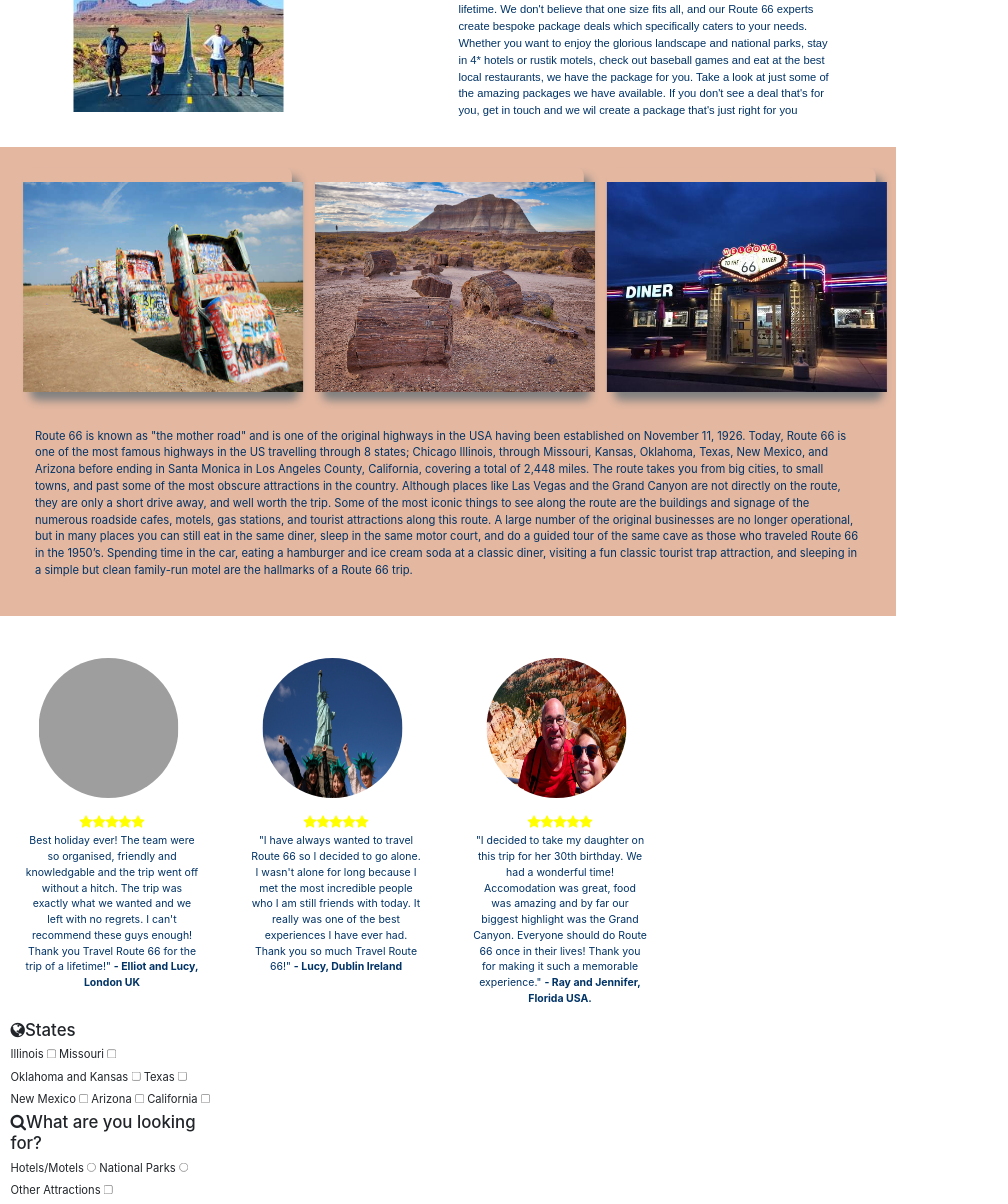
Repository: Code-Institute-Submissions/Javascript-milestone-project-2
Page: index.html
The author's editor kept a record of every edit. The page is drawn from the files as they stood at one moment, then again after the next edit.
The browser window is 1280 px wide. The page is 1280 px wide, then 1440 px, so the pictures cover 1440 px, including what lies to the right of the window. The pictures show the part of the page from y = 670 to 2390 px (the page is 2390 px tall), at 70% of full size.
Pictures or frames that could not be fetched are drawn as grey boxes. Some web fonts or font styles are not loaded; a fallback is used. Some web libraries are served in a nearby version.

Above is the page before.

After the next edit:
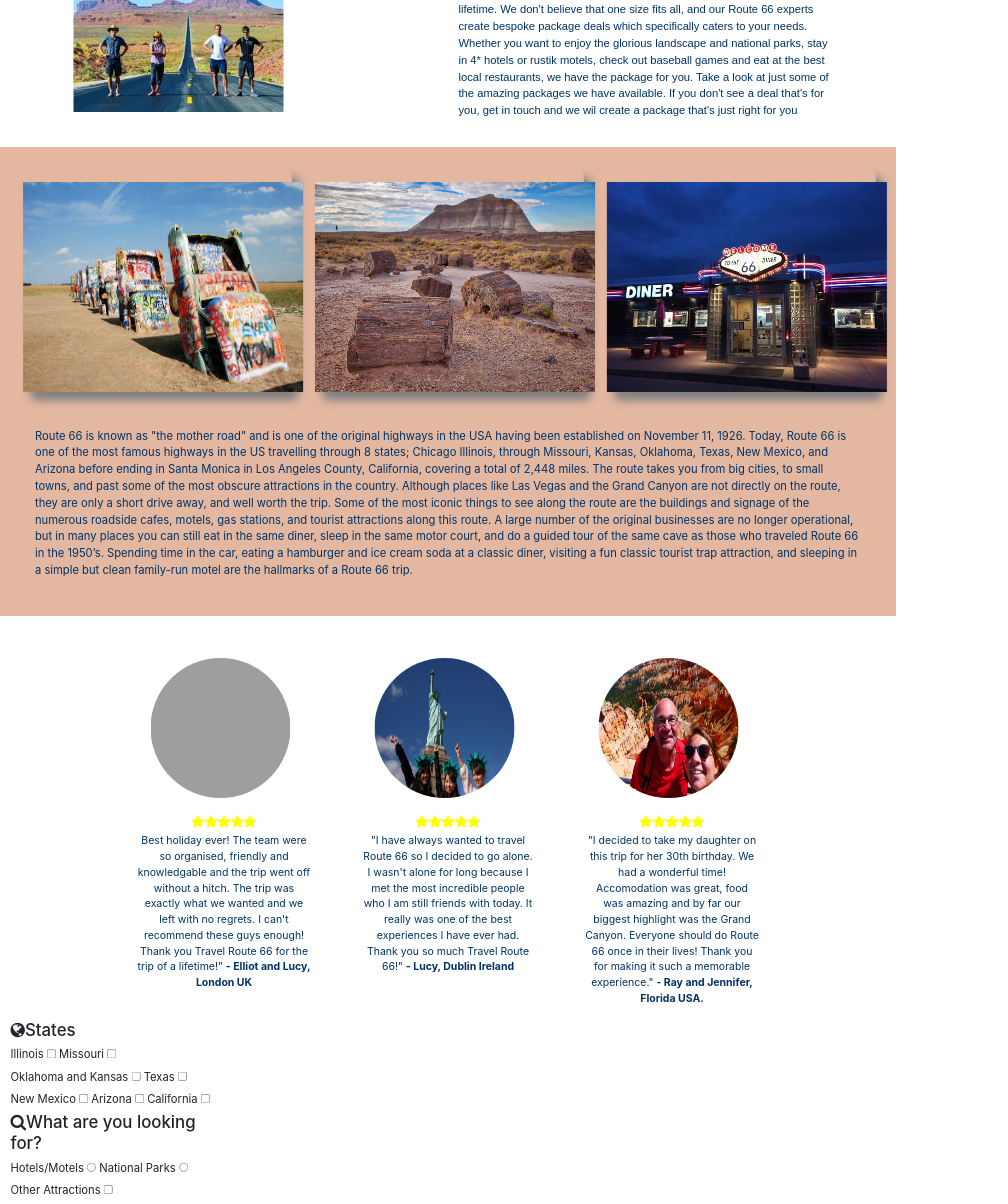
The edit:
--- a/css/style.css
+++ b/css/style.css
@@ -281,7 +281,7 @@
 
 .review {
     margin-top: 60px;
-
+   margin-left: 160px;
 }
 
 
